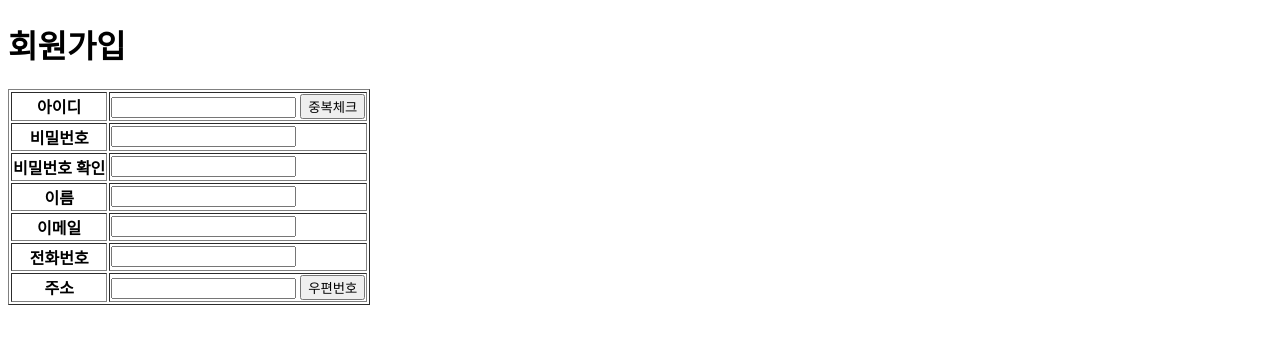
Repository: dhdhdht/Semi-login
Page: http://localhost/Semi_login/regist.jsp
An editor plug-in stored every save of this project. The page is shown before and after the next save, followed by the edit.
The browser window is 1280 px wide. The pictures show the whole page.
The page is served by Tomcat 9. Other server files are loaded and not shown.

Above is the page before, as saved 2021-03-27 07:52:43.

### Semi_login/WebContent/regist.jsp
<%@ page language="java" contentType="text/html; charset=UTF-8"
    pageEncoding="UTF-8"%>
<!DOCTYPE html>
<html>
<head>
<meta charset="UTF-8">
<title>Insert title here</title>
</head>
<body>

	<h1>회원가입</h1>

	<form action="" method="post">
		<input type="hidden" name="command" value="insertuser" />

		<table border="1">
			<tr>
				<th>아이디</th>
				<td>
					<input type="text" name="member_id" required="required" />
					<input type="button" value="중복체크" onclick="idChk();"/>
				</td>
			</tr>
			<tr>
				<th>비밀번호</th>
				<td>
					<input type="password" name="member_pw" required="required" onclick="idChkProc();" />
				</td>
			</tr>
			<tr>
				<th>비밀번호 확인</th>
				<td>
					<input type="password" name="" />
				</td>
			</tr>
			<tr>
				<th>이름</th>
				<td>
					<input type="text" name="member_name" required="required" onclick="idChkProc();" />
				</td>
			</tr>
			<tr>
				<th>이메일</th>
				<td>
					<input type="text" name="member_email" required="required" onclick="idChkProc();" />
				</td>
			</tr>
			<tr>
				<th>전화번호</th>
				<td>
					<input type="text" name="member_phone" required="required" onclick="idChkProc();" />
				</td>
			</tr>
			<tr>
				<th>주소</th>
				<td>
					<input type="text" />
					<input type="button" value="우편번호" />
				</td>
			</tr>
		</table>
	</form>

</body>
</html>

After the next save:
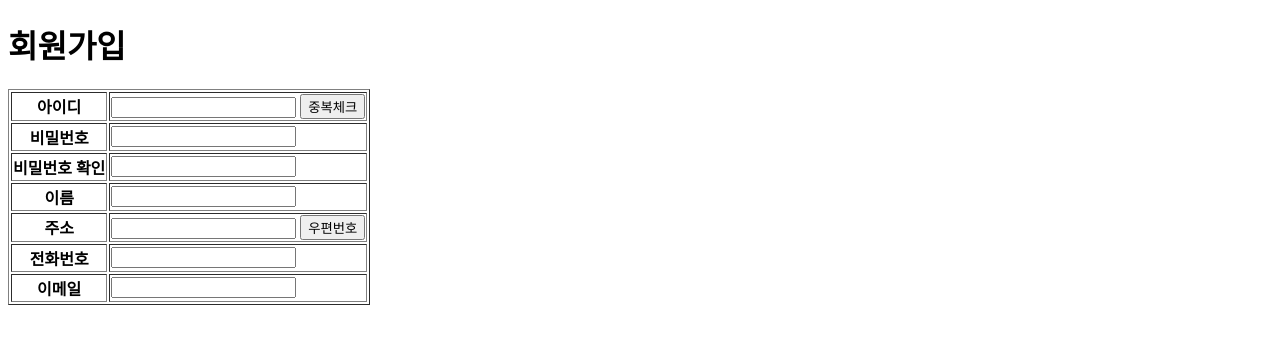
Saved 29 s later.
--- a/Semi_login/WebContent/regist.jsp
+++ b/Semi_login/WebContent/regist.jsp
@@ -40,9 +40,10 @@
 				</td>
 			</tr>
 			<tr>
-				<th>이메일</th>
+				<th>주소</th>
 				<td>
-					<input type="text" name="member_email" required="required" onclick="idChkProc();" />
+					<input type="text" />
+					<input type="button" value="우편번호" />
 				</td>
 			</tr>
 			<tr>
@@ -52,10 +53,9 @@
 				</td>
 			</tr>
 			<tr>
-				<th>주소</th>
+				<th>이메일</th>
 				<td>
-					<input type="text" />
-					<input type="button" value="우편번호" />
+					<input type="text" name="member_email" required="required" onclick="idChkProc();" />
 				</td>
 			</tr>
 		</table>
